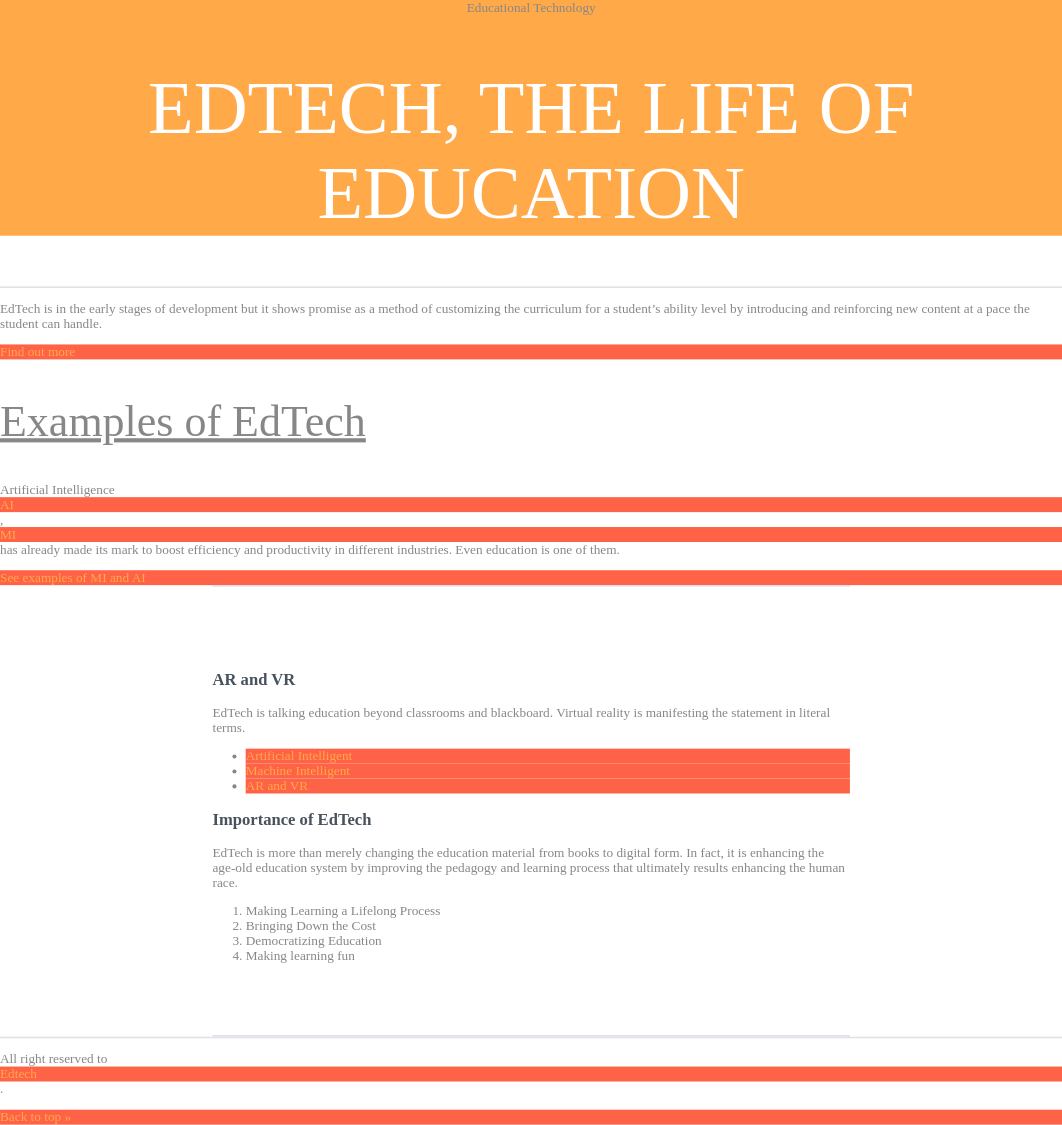
Repository: tunmishyi/edtech
Page: index.html
An editor plug-in stored every save of this project. The page is shown before and after the next save, followed by the edit.
The browser window is 1280 px wide. The pictures show the whole page, at 83% of full size.

Above is the page before, as saved 2020-06-12 00:58:37.

After the next save:
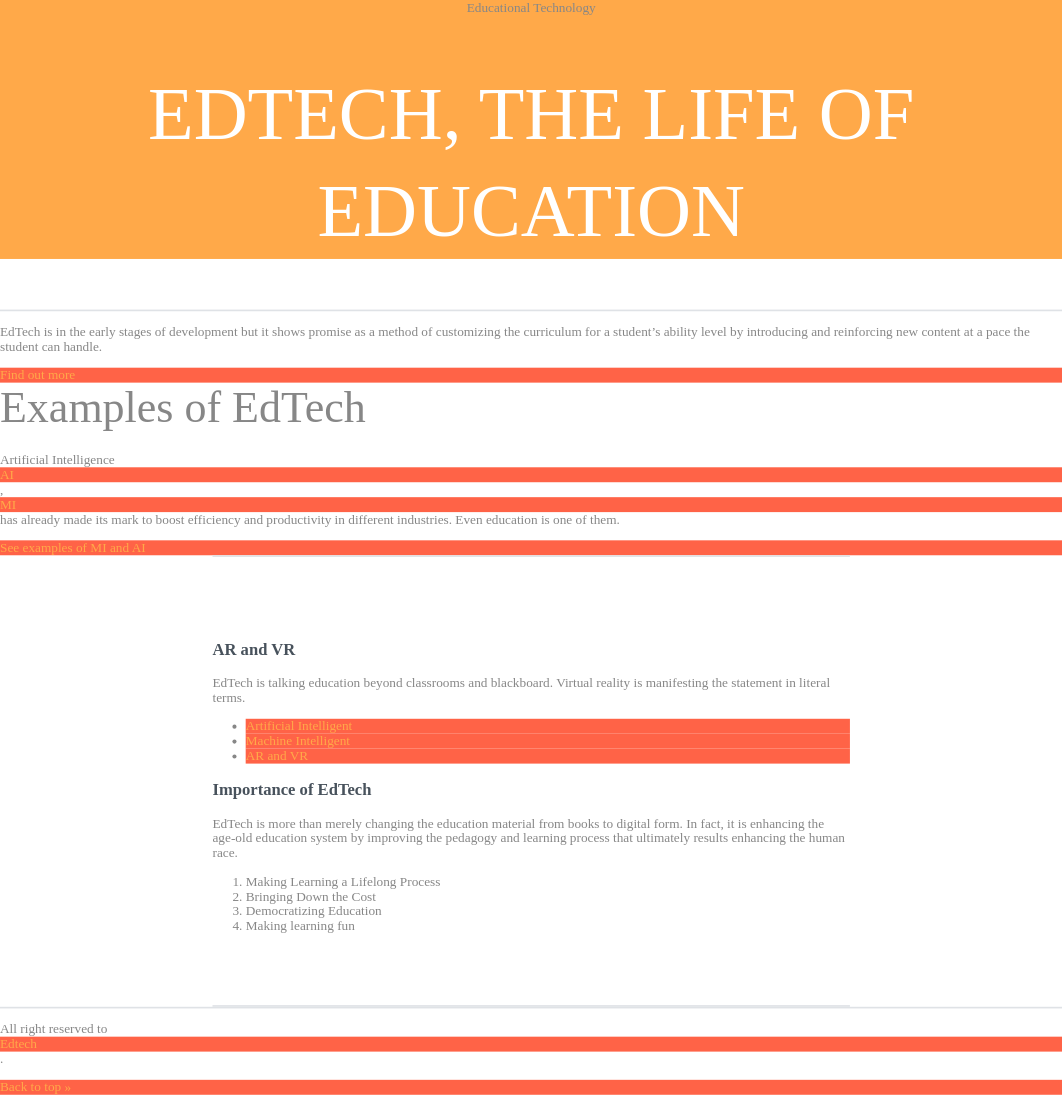
Saved 2 min 3 s later.
--- a/style.css
+++ b/style.css
@@ -11,12 +11,14 @@ h1 {
     color: rgba(255, 255, 255, 1);
     text-transform: uppercase;
     font-weight: normal;
+    line-height: 1.3;
     }
 
     h2 {
         font-size: 3.3125em; /* 53px/16px */
-        text-decoration: underline;
         font-weight: normal;
+        line-height: 1.1;
+        margin: 0 0 .5em; /* 0 0 26px  */
     }
 
     h3 {
